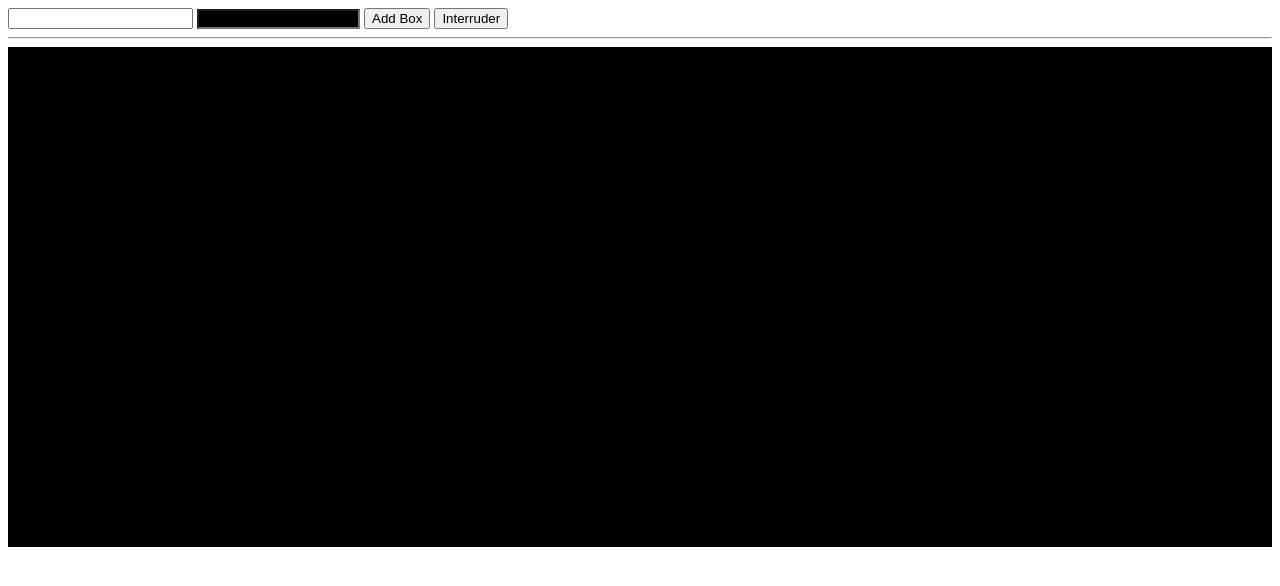
Repository: PankajSutharPersistent/vm-backup
Page: workspaceJavaScript/JSDemo/step-20.html
The author's editor kept a copy of each file at every save. The page is drawn from the files as they stood at one save, then again after the next save.
The browser window is 1280 px wide. The pictures show the whole page.

Above is the page before, as saved 2016-12-30 05:49:45.

After the next save:
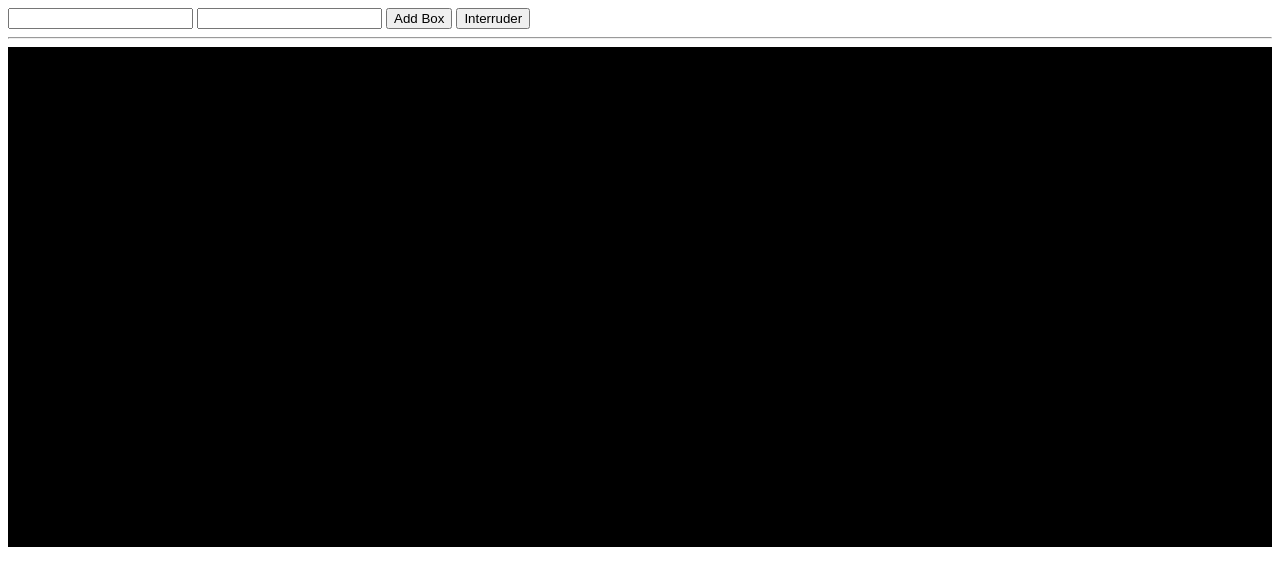
Saved 35 s later.
--- a/workspaceJavaScript/JSDemo/step-20.html
+++ b/workspaceJavaScript/JSDemo/step-20.html
@@ -39,10 +39,7 @@
 		 	background-color: yellow;
 		 }
 
-		 #someID{
-		 	font-size: 12px;
-		 	background-color: black;
-		 }
+
 	</style>
 	<script type="text/javascript" charset="utf-8">
 		var elm={
